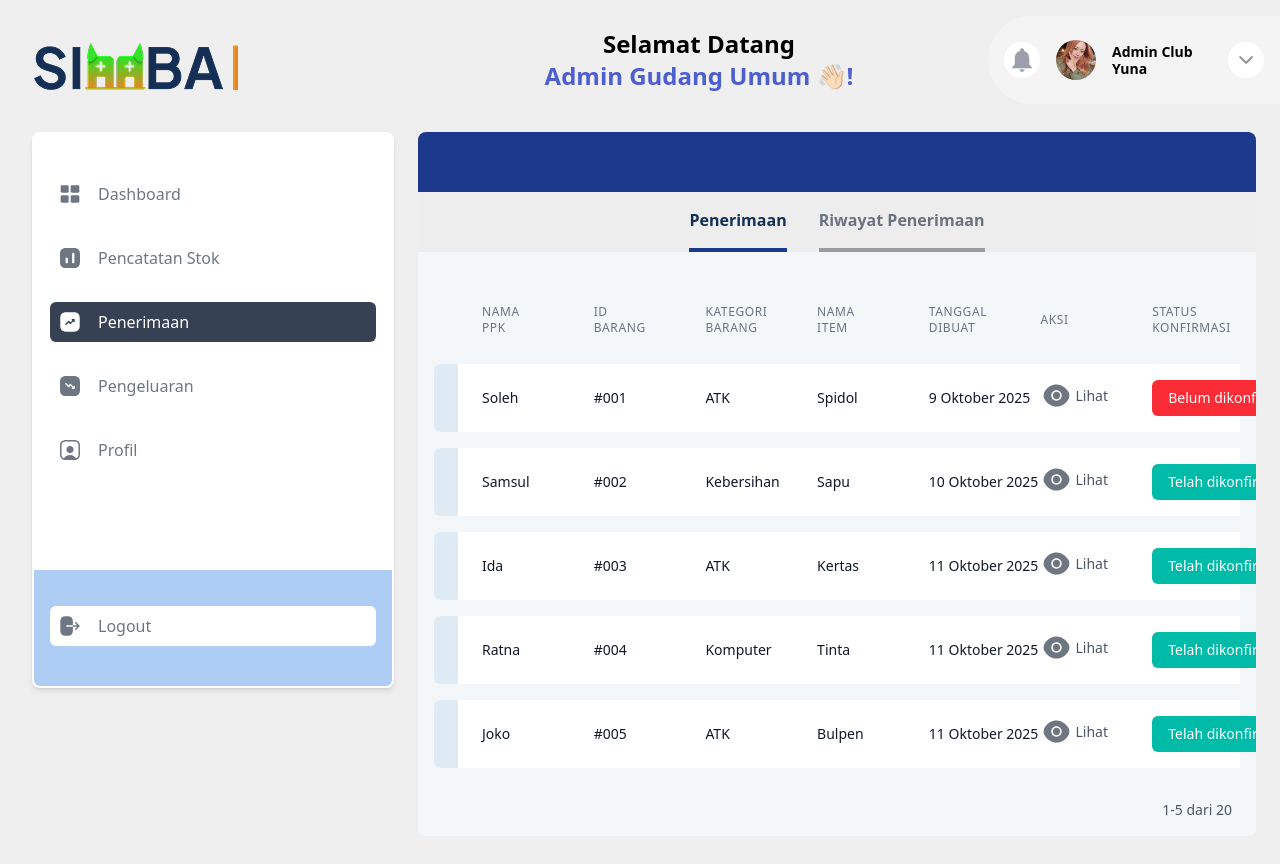
Repository: Gokerwow/inventory-fe
Page: /penerimaan
These files come from the project's save history. The page is drawn as it stood at one moment and after the next save; the edit follows.
The browser window is 1280 px wide. The pictures show the whole page.
The project was rebuilt for these pictures with package versions that can differ from the ones it lists, and the page was loaded fresh each time. Also part of the build but not shown: vite.config.ts, src/components/categoryBarChart.tsx, src/components/lineChart.tsx, src/pages/dashboard.tsx, src/pages/stokBarang.tsx, src/pages/pengeluaran.tsx, src/pages/profil.tsx.

Above is the page before, as saved 2025-10-15 15:30:33.

After the next save:
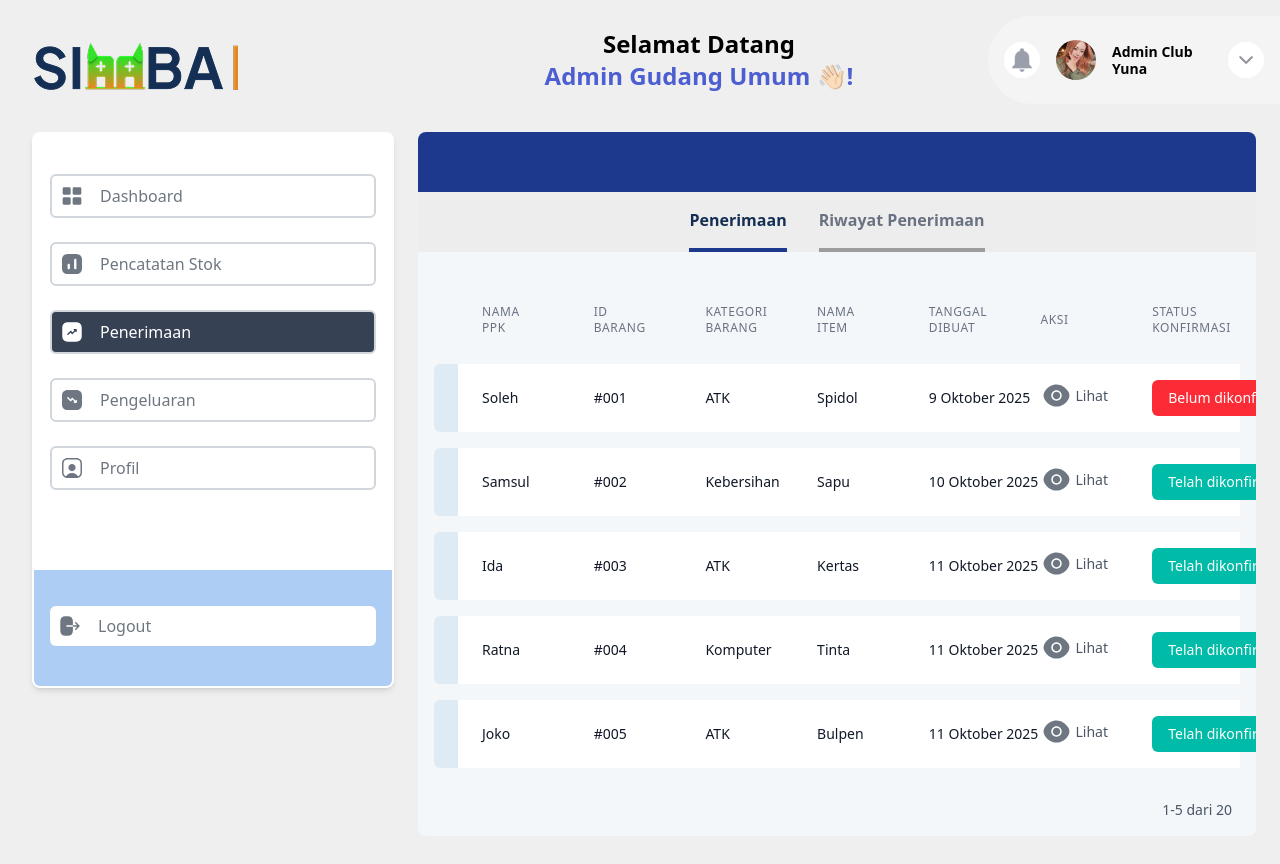
Saved 25 s later.
--- a/src/components/sidebar.tsx
+++ b/src/components/sidebar.tsx
@@ -24,7 +24,7 @@ export default function SideBar() {
                             <NavLink
                                 to={item.path}
                                 className={({ isActive }) =>
-                                    `flex items-center gap-4 p-2 rounded-md cursor-pointer transition-all duration-300 ${isActive
+                                    `flex items-center gap-4 p-2 rounded-md cursor-pointer transition-all duration-300 border-2 border-gray-300 ${isActive
                                         ? 'bg-gray-700 text-white'
                                         : 'bg-white text-[#6E7781] hover:bg-gray-700 hover:text-white group'
                                     }`
